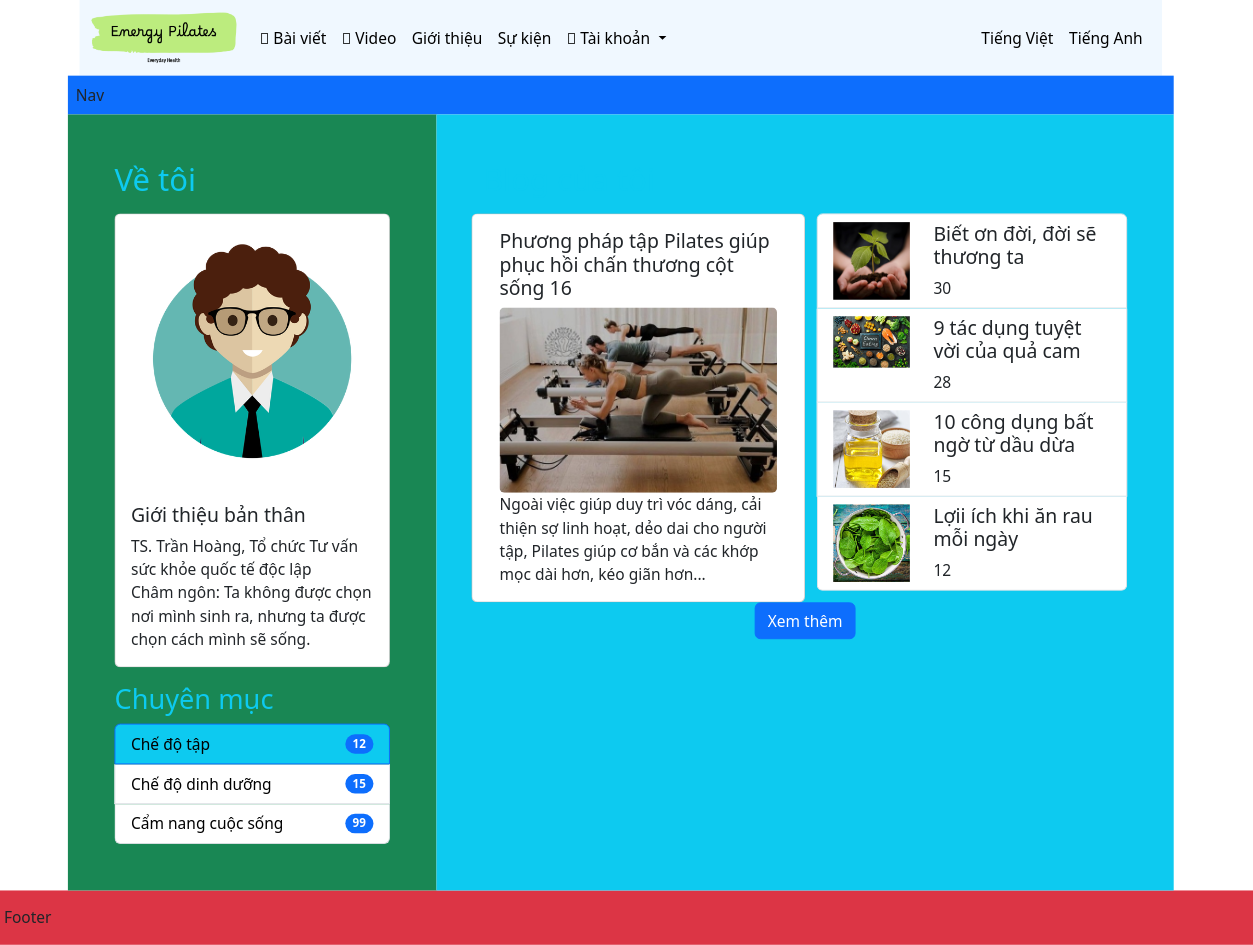
Repository: KizukoHeiwa/SOF308
Page: Lab1/index.html
The author's editor kept a copy of each file at every save. The page is drawn from the files as they stood at one save, then again after the next save.
The browser window is 1280 px wide. The page is 1292 px wide, so the pictures cover 1292 px, including what lies to the right of the window. The pictures show the whole page, at 97% of full size.

Above is the page before, as saved 2024-10-31 10:42:05.

After the next save:
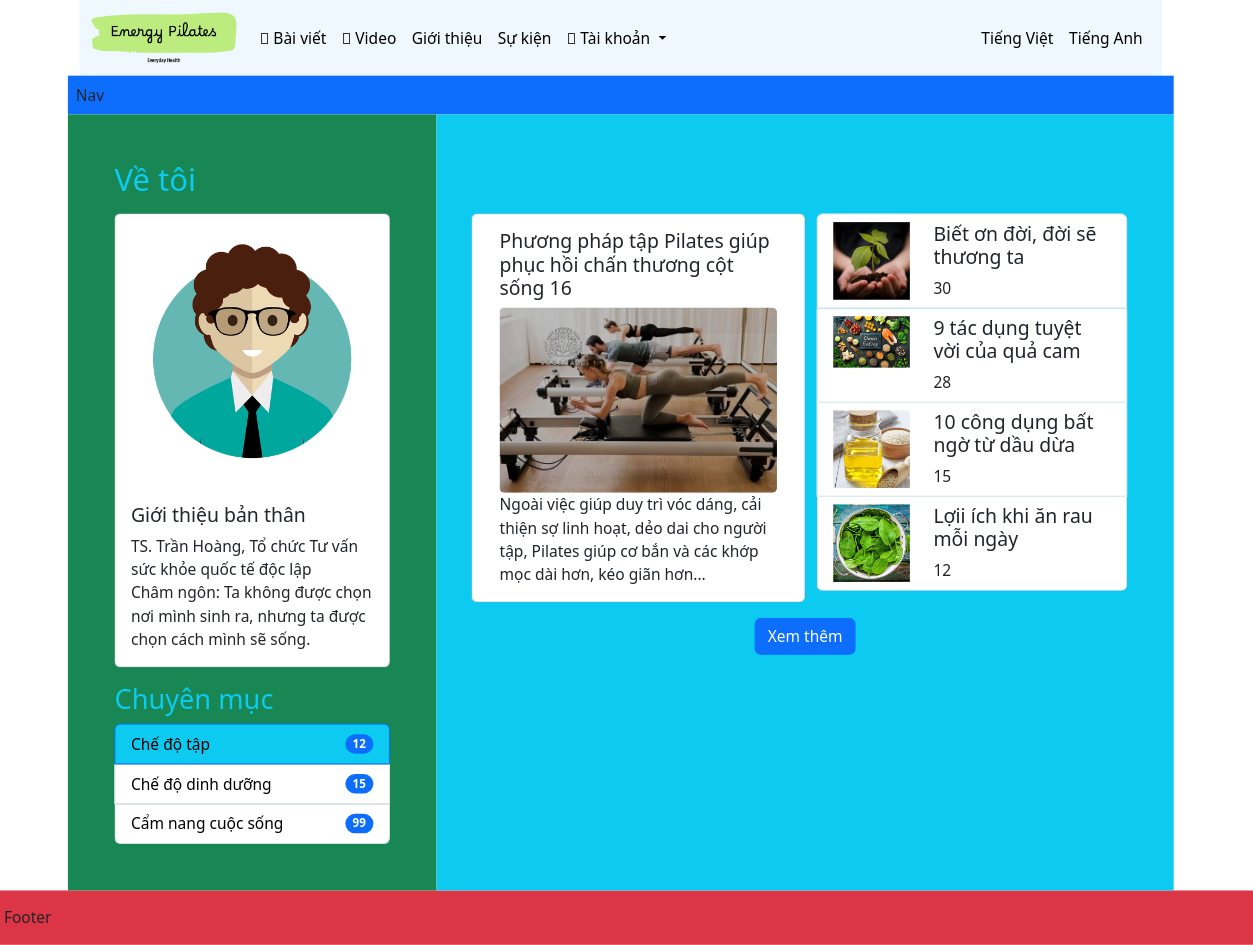
Saved 13 s later.
--- a/Lab1/index.html
+++ b/Lab1/index.html
@@ -167,7 +167,7 @@
                         </div>
                     </div>
                     <div class="button-wrapper">
-                        <button type="button" class="btn btn-primary">Xem thêm</button>
+                        <button type="button" class="btn btn-primary m-3">Xem thêm</button>
                     </div>
                 </div>
             </article>
